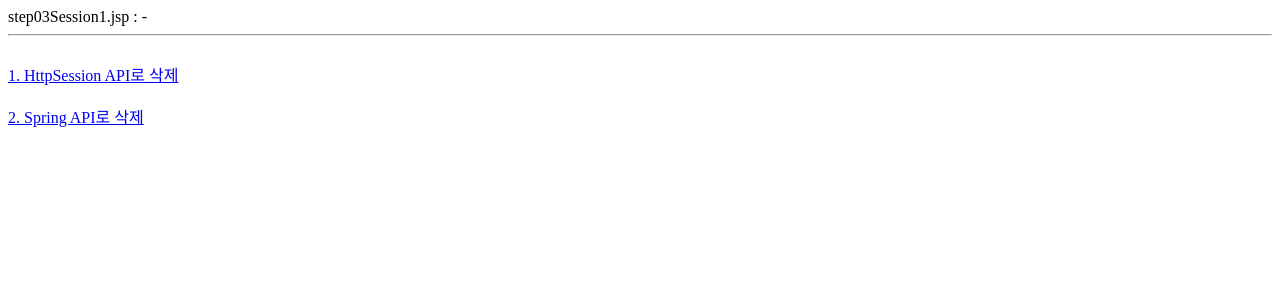
Repository: Encore-Playdata-Course/Spring
Page: http://localhost/step09_SpringMVC/step03Session1.jsp
An editor plug-in stored every save of this project. The page is shown before and after the next save, followed by the edit.
The browser window is 1280 px wide. The pictures show the whole page.
The page is served by Tomcat 9.

Above is the page before, as saved 2021-01-29 08:13:52.

After the next save:
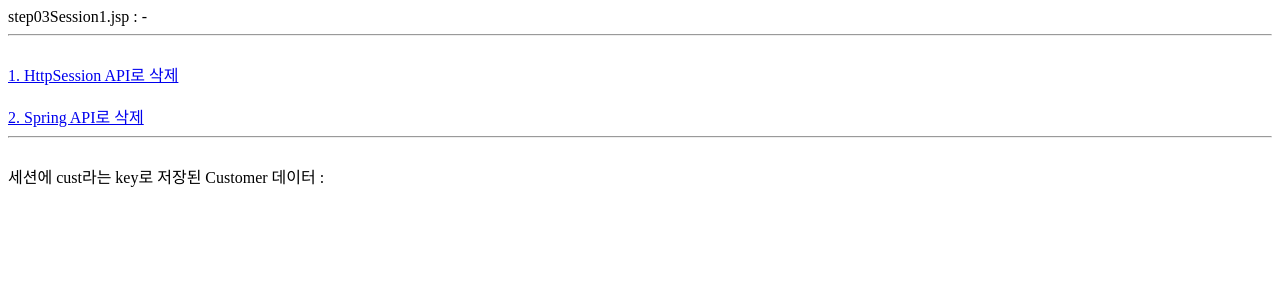
Saved 29 s later.
--- a/step09_SpringMVC/WebContent/step03Session1.jsp
+++ b/step09_SpringMVC/WebContent/step03Session1.jsp
@@ -14,5 +14,7 @@
 	<br><br>
 	<a href="sessiontracking/sessionDelete2">2. Spring API로 삭제</a>
 
+	<br><hr><br>
+	 세션에 cust라는 key로 저장된 Customer 데이터 : ${sessionScope.cust }
 </body>
 </html>
